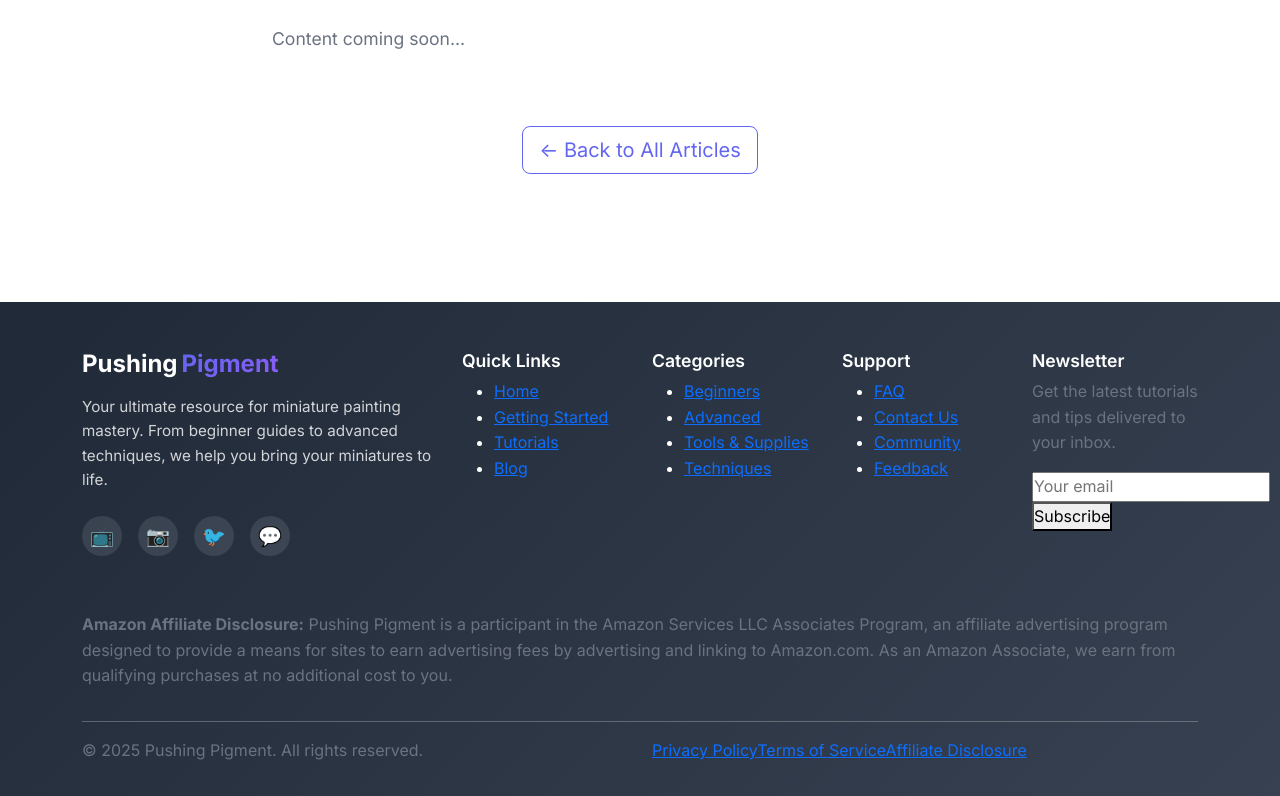
Repository: Aldentec/pushing-pigment-website
Page: /blog/paint-wont-stick-miniatures-fix
These files come from the project's save history. The page is drawn as it stood at one moment and after the next save; the edit follows.
The browser window is 1280 px wide. The pictures show the part of the page from y = 742 to 1538 px (the page is 1538 px tall).
The project was rebuilt for these pictures with package versions that can differ from the ones it lists, and the page was loaded fresh each time. Also part of the build but not shown: src/components/Hero/Hero.css, src/components/Hero/Hero.jsx, src/pages/Home/Home.css, src/pages/Home/Home.jsx, src/data/tutorials.js, src/pages/Tutorials/Tutorials.jsx, src/components/ProductCard/ProductCard.jsx, src/data/products.js and 7 more.

Above is the page before, as saved 2025-08-17 05:54:56.

After the next save:
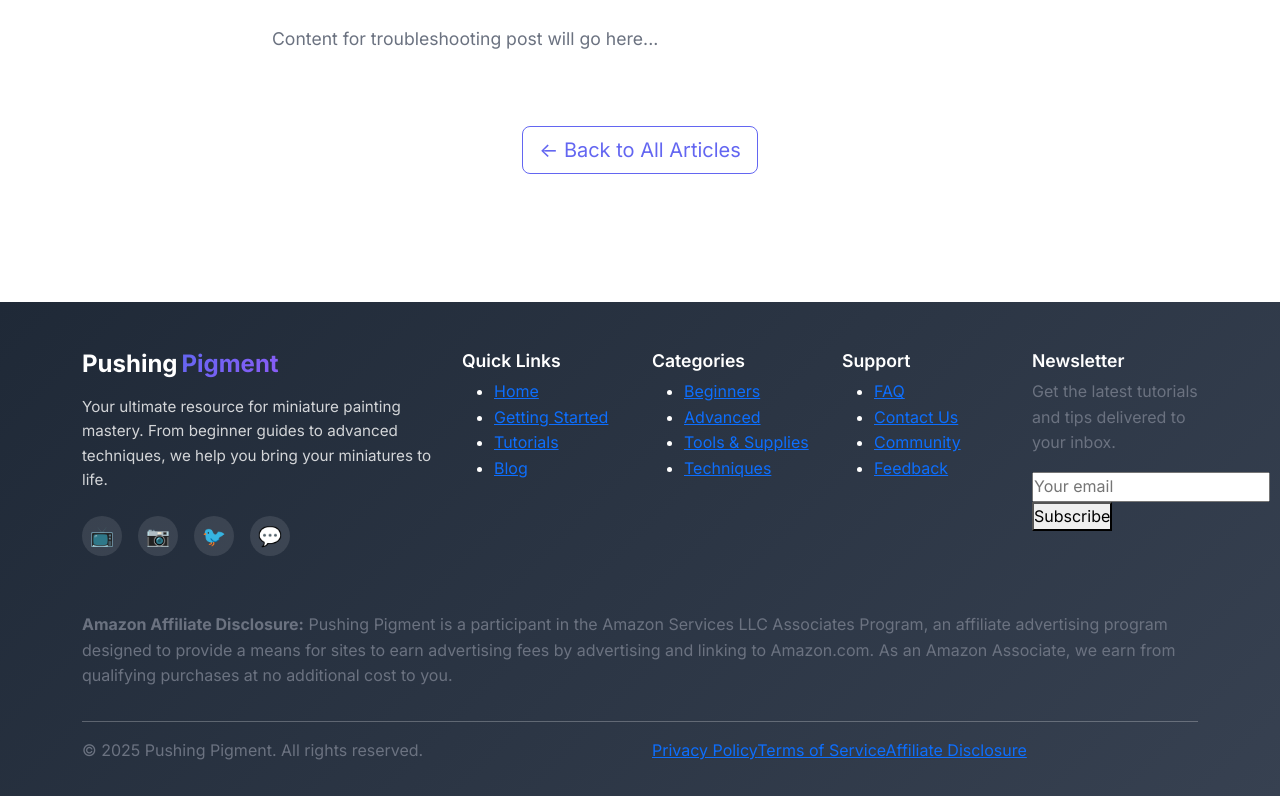
Saved 57 s later.
--- a/src/data/blogPosts.js
+++ b/src/data/blogPosts.js
@@ -1,3 +1,5 @@
+// src/data/blogPosts.js
+
 export const blogPosts = [
   {
     id: 'best-miniature-paints-beginners-2025',
@@ -21,7 +23,93 @@
       'vallejo-model-color-set',
       'army-painter-starter-set'
     ],
-    contentFile: 'best-miniature-paints-beginners-2025.md'
+    // Content goes directly here - no more external files needed
+    content: `
+      <h2>Why Choosing the Right Paint Matters</h2>
+      <p>Starting your miniature painting journey with the wrong paints can be frustrating and expensive. After testing dozens of paint sets, I've identified the top options that will set you up for success.</p>
+
+      <h2>Top 5 Beginner Paint Sets</h2>
+
+      <h3>1. Citadel Paint + Tool Set ($89.99)</h3>
+      <p><strong>Best for:</strong> Warhammer players and long-term hobby commitment</p>
+      <p><strong>Pros:</strong></p>
+      <ul>
+        <li>Industry standard colors</li>
+        <li>Excellent coverage and consistency</li>
+        <li>Wide color range available</li>
+        <li>Perfect for Games Workshop miniatures</li>
+      </ul>
+      <p><strong>Cons:</strong></p>
+      <ul>
+        <li>Most expensive option</li>
+        <li>Pot design can lead to paint drying out</li>
+        <li>Limited mixing ratios</li>
+      </ul>
+      <div class="affiliate-section">
+        <a href="https://amzn.to/YOUR-LINK" class="btn btn-primary affiliate-btn">🛒 Shop Citadel Paint Set on Amazon</a>
+        <p class="affiliate-note">As an Amazon Associate, we earn from qualifying purchases.</p>
+      </div>
+
+      <h3>2. Vallejo Model Color Intro Set ($24.99)</h3>
+      <p><strong>Best for:</strong> Budget-conscious beginners who want professional quality</p>
+      <p><strong>Pros:</strong></p>
+      <ul>
+        <li>Excellent value for money</li>
+        <li>Dropper bottles prevent waste</li>
+        <li>High pigment concentration</li>
+        <li>Easy to thin and mix</li>
+      </ul>
+      <p><strong>Cons:</strong></p>
+      <ul>
+        <li>Steeper learning curve</li>
+        <li>Requires more mixing knowledge</li>
+        <li>Smaller starter selection</li>
+      </ul>
+      <div class="affiliate-section">
+        <a href="https://amzn.to/YOUR-LINK" class="btn btn-primary affiliate-btn">🛒 Get Vallejo Model Color Set</a>
+      </div>
+
+      <h3>3. Army Painter Warpaints Starter Paint Set ($35.99)</h3>
+      <p><strong>Best for:</strong> Balanced price and performance</p>
+      <p><strong>Pros:</strong></p>
+      <ul>
+        <li>Good coverage and flow</li>
+        <li>Reasonable price point</li>
+        <li>Includes washing and highlighting paints</li>
+        <li>Beginner-friendly consistency</li>
+      </ul>
+      <div class="affiliate-section">
+        <a href="https://amzn.to/YOUR-LINK" class="btn btn-primary affiliate-btn">🛒 Shop Army Painter Set</a>
+      </div>
+
+      <h2>Essential Individual Colors</h2>
+      <p>Regardless of which set you choose, these individual colors are must-haves:</p>
+      <ul>
+        <li><strong>Black Primer</strong> - Foundation for all your models</li>
+        <li><strong>White</strong> - For highlighting and mixing</li>
+        <li><strong>Brown</strong> - Perfect for leather, wood, and earth tones</li>
+        <li><strong>Metallic Silver</strong> - For weapons and armor details</li>
+        <li><strong>Wash (Nuln Oil or equivalent)</strong> - Instant depth and definition</li>
+      </ul>
+
+      <h2>Complete Beginner Shopping List</h2>
+      <div class="shopping-list">
+        <h4>Essential Kit ($45-65 total):</h4>
+        <ul>
+          <li>Starter paint set (your choice from above)</li>
+          <li>2-3 basic brushes (sizes 2, 6, and detail brush)</li>
+          <li>Water containers</li>
+          <li>Paper towels</li>
+          <li>Palette (or ceramic plate)</li>
+        </ul>
+        <a href="https://amzn.to/YOUR-LINK" class="btn btn-success affiliate-btn">🛒 Shop Complete Beginner Kit</a>
+      </div>
+
+      <h2>Conclusion</h2>
+      <p>For most beginners, I recommend starting with the <strong>Vallejo Model Color set</strong> for the best value, or the <strong>Citadel set</strong> if you're painting Warhammer miniatures specifically.</p>
+
+      <p>Remember: the best paint is the one you'll actually use. Start with a basic set, learn the fundamentals, and expand your collection as your skills and interests develop.</p>
+    `
   },
   {
     id: 'paint-wont-stick-miniatures-fix',
@@ -45,7 +133,7 @@
       'vallejo-surface-primer',
       'army-painter-primer'
     ],
-    contentFile: 'paint-wont-stick-miniatures-fix.md'
+    content: `<p>Content for troubleshooting post will go here...</p>`
   },
   {
     id: 'christmas-gifts-miniature-painters-2025',
@@ -71,11 +159,11 @@
       'magnifying-lamp',
       'hobby-knife-set'
     ],
-    contentFile: 'christmas-gifts-miniature-painters-2025.md'
+    content: `<p>Content for Christmas gift guide will go here...</p>`
   }
 ];
 
-// Helper functions
+// Helper functions (same as before)
 export const getBlogPostBySlug = (slug) => {
   return blogPosts.find(post => post.slug === slug);
 };
